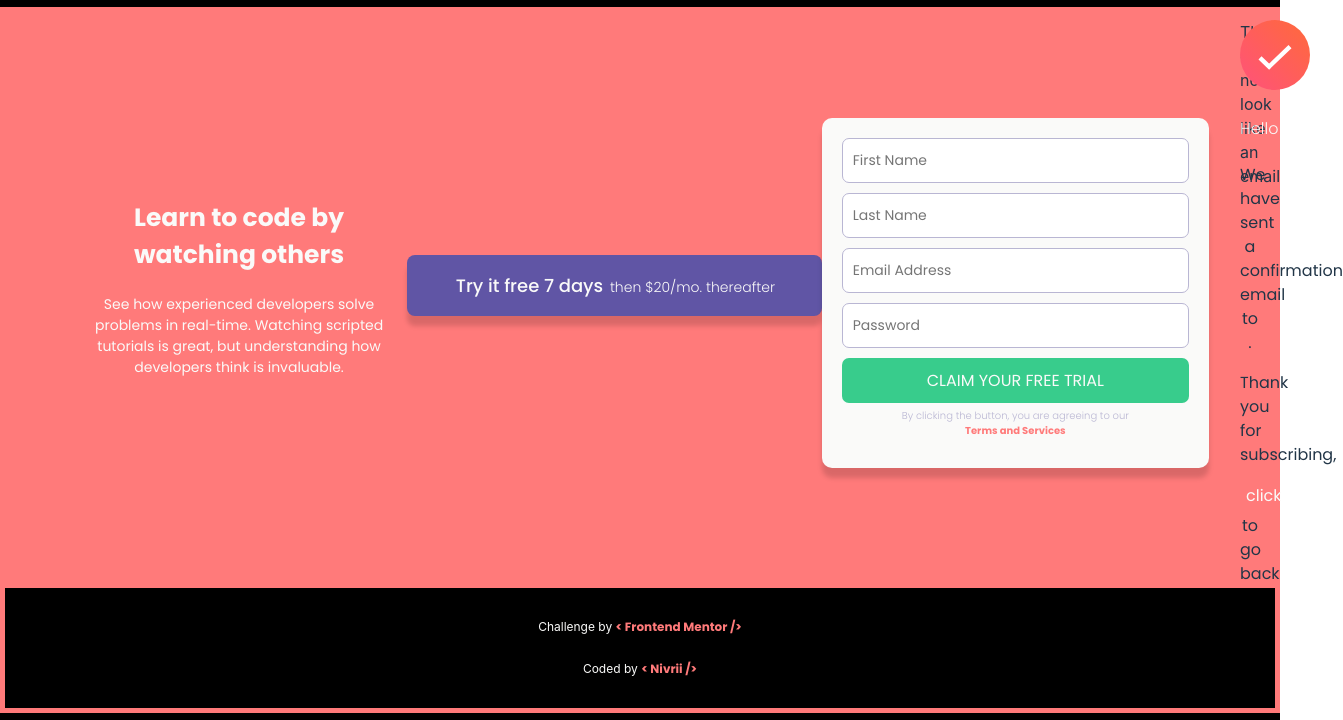
Repository: nivrii/intro-component-with-signup
Page: /
An editor plug-in stored every save of this project. The page is shown before and after the next save, followed by the edit.
The browser window is 1280 px wide. The page is 1343 px wide, then 1280 px, so the pictures cover 1343 px, including what lies to the right of the window. The pictures show the whole page.
The project was rebuilt for these pictures with package versions that can differ from the ones it lists, and the page was loaded fresh each time. Also part of the build but not shown: vite.config.js.

Above is the page before, as saved 2023-10-20 20:41:06.

### src/App.jsx
import Container from "./Container/Container";
import { Footer } from "./Footer/Footer";

import "./App.css";
import { useState } from "react";

function App() {
  const [userArray, setUserArray] = useState({});
  return (
    <div className="UI">
      <Container userArray={userArray} setUserArray={setUserArray} />
      <Footer />
    </div>
  );
}

export default App;

### src/Container/Container.jsx
/* eslint-disable react/prop-types */
import { Form } from "./Form/Form";
import { Card } from "./Card/Card";
import { Content } from "./Content/Content";

const Container = (props) => {
  const { userArray, setUserArray } = props;
  return (
    <div className="container">
      <Content />
      <Card />
      <Form userArray={userArray} setUserArray={setUserArray} />
    </div>
  );
};
export default Container;

### src/Footer/Footer.jsx
import "./Footer.css";
export function Footer() {
  const frontend = '< Frontend Mentor />';
  const coder = "< Nivrii />";
  return (
    <footer>
      <p className="attribution">
        Challenge by{" "}
        <a
          href="https://www.frontendmentor.io?ref=challenge"
          target="_blank"
          rel="noreferrer"
        >
          {frontend}
        </a>
        </p>
        <p className="attribution">
         Coded by{" "}
        <a href="https://github.com/nivrii/intro-component-with-signup">
          {coder}
        </a>
      </p>
    </footer>
  );
}

### src/App.css
* {
  box-sizing: border-box;
  border: 0;
  padding: 0;
}
:root {
  /*Primary colors*/
  --red: hsl(0, 100%, 74%);
  --green: hsl(154, 59%, 51%);
  /*Accent colors*/
  --blue: hsl(248, 32%, 49%);
  --white: #fafaf9;
  /*Neutral colors*/
  --dark-blue: hsl(249, 10%, 26%);
  --grayish-blue: hsl(246, 25%, 77%);
  /*typography*/
  --fSize: 14px;
  --w4: 400;
  --w5: 500;
  --w6: 600;
  --w7: 700;
}
@font-face {
  font-family: "Poppins-bold";
  src: url(./assets/Fonts/poppins/Poppins-Bold.otf) format("opentype");
}
@font-face {
  font-family: "Poppins-regular";
  src: url(./assets/Fonts/poppins/Poppins-Regular.otf) format("opentype");
}
@font-face {
  font-family: "Poppins-medium";
  src: url(./assets/Fonts/poppins/Poppins-Medium.otf) format("opentype");
}
@font-face {
  font-family: "Poppins-light";
  src: url(./assets/Fonts/poppins/Poppins-Light.otf) format("opentype");
}
body {
  background-color: #000;
}
.UI {
  display: flex;
  flex-direction: column;
}
.container {
  display: flex;
  flex-direction: column;
  align-items: center;
  justify-content: center;
  width: 100%;
  min-height: 80vh;
  background-color: var(--red);
  padding: 50px 20px 70px;
  margin: 0;
  border: 1px solid var(--red);
}
.close {
  display: none;
}
@media screen and (min-width: 768px) {
  .container {
    flex-direction: row;
    justify-content: space-between;
    padding: 50px 70px 70px;
  }
  .close {
    display: block;
    position: absolute;
    top: 20px;
    right: 20px;
    width: 20px;
    height: 20px;
    cursor: pointer;
  }
}

### src/Container/Form/Form.jsx
/* eslint-disable no-useless-escape */
/* eslint-disable react/prop-types */
import "./Form.css";
import Success from "./Success/Success";
import { useEffect, useState } from "react";
import errorIcon from "../../../public/images/icon-error.svg";

export function Form({ userArray, setUserArray }) {
  const [fName, setFName] = useState("");
  const [lName, setLName] = useState("");
  const [email, setEmail] = useState("");
  const [password, setPassword] = useState("");

  const [fNameEmpty, setFNameEmpty] = useState(false);
  const [lNameEmpty, setLNameEmpty] = useState(false);
  const [emailEmpty, setEmailEmpty] = useState(false);
  const [emailPass, setEmailPass] = useState(false);
  const [passEmpty, setPassEmpty] = useState(false);

  const handleFirstName = (e) => {
    e.preventDefault();
    let value = e.target.value;
    value === "" ? setFNameEmpty(true) : setFNameEmpty(false);
    setFName(value);
  };
  const handleLastName = (e) => {
    e.preventDefault();
    let value = e.target.value;
    value === "" ? setLNameEmpty(true) : setLNameEmpty(false);
    setLName(value);
  };
  const handleEmail = (e) => {
    e.preventDefault();
    let value = e.target.value.trim();
    if (value === "") {
      document.querySelector(".email-input").classList.add("input-error");
      setEmailEmpty(true);
    } else {
      setEmailEmpty(false);
    }
    const regex = /^[a-zA-Z0-9._%+-]+@[a-zA-Z0-9-]+\.[a-zA-Z]{2,6}$/;
    if (!email.match(regex)) {
      document.querySelector(".email-input").classList.add("input-error");
      document.querySelector(".miss-email").classList.remove("close");
      document.querySelector(".miss-email").classList.add("err");
      setEmailPass(false);
    } else {
      document.querySelector(".email-input").classList.remove("input-error");
      document.querySelector(".miss-email").classList.add("close");
      document.querySelector(".miss-email").classList.remove("err");
      setEmailPass(true);
    }
    setEmail(value);
  };

  const handlePassword = (e) => {
    e.preventDefault();
    let value = e.target.value;
    value === "" ? setPassEmpty(true) : setPassEmpty(false);
    setPassword(value);
  };
  const handleSubmit = (e) => {
    e.preventDefault();
    if (fName === "") {
      setFNameEmpty(true);
      document.querySelector(".fName-input").classList.add("input-error");
      return;
    }
    if (lName === "") {
      setLNameEmpty(true);
      document.querySelector(".lName-input").classList.add("input-error");
      return;
    }
    if (email === "") {
      setEmailEmpty(true);
      document.querySelector(".email-input").classList.add("input-error");
      return;
    }
    if (!emailPass) {
      document.querySelector(".email-input").classList.add("input-error");
      setEmailEmpty(false);
      return;
    }
    if (password === "") {
      setPassEmpty(true);
      document.querySelector(".password-input").classList.add("input-error");
      return;
    } else {
      setEmailPass(true);
      setUserArray({
        fName: fName,
        lName: lName,
        email: email,
      });
      setFName("");
      setEmail("");
      setLName("");
      setPassword("");
      document.querySelector("form").classList.add("close");
      document.querySelector(".card__content").classList.add("close");
      document.querySelector(".content").classList.add("close");
      document.querySelector(".success").classList.remove("close");
    }
  };
  useEffect(() => {
    console.log(userArray);
  }, [userArray]);

  return (
    <>
      <form
        action="submit"
        className="form"
        onSubmit={(e) => e.preventDefault()}
      >
        <div className="input-enclose">
          {fNameEmpty && (
            <img src={errorIcon} alt="error-icon" className="error-icon" />
          )}
          <input
            type="text"
            placeholder="First Name"
            value={fName}
            name={fName}
            className="input fName-input"
            onChange={(e) => handleFirstName(e)}
            onKeyDown={() =>
              document
                .querySelector(".fName-input")
                .classList.remove("input-error")
            }
          />
          <div className="err-enclose">
            {fNameEmpty && (
              <div className=" err err-fName">First Name Cannot Be Empty</div>
            )}
          </div>
        </div>

        <div className="input-enclose">
          {lNameEmpty && (
            <img src={errorIcon} alt="error-icon" className="error-icon" />
          )}
          <input
            type="text"
            placeholder="Last Name"
            value={lName}
            name={lName}
            className="input lName-input"
            onChange={(e) => handleLastName(e)}
            onKeyDown={() =>
              document
                .querySelector(".lName-input")
                .classList.remove("input-error")
            }
          />
          <div className="err-enclose">
            {lNameEmpty && (
              <div className=" err err-lName">Last Name Cannot Be Empty</div>
            )}
          </div>
        </div>

        <div className="input-enclose">
          {emailEmpty && (
            <img src={errorIcon} alt="error-icon" className="error-icon" />
          )}

          <input
            type="email"
            placeholder="Email Address"
            value={email}
            name={email}
            className="input email-input"
            onChange={(e) => handleEmail(e)}
            onKeyDown={() => {
              document
                .querySelector(".email-input")
                .classList.remove("input-error");
              document.querySelector(".miss-email").classList.add("close");
            }}
          />
          <div className="err-enclose">
            {emailEmpty && (
              <div className="err err-email">Email Cannot Be Empty</div>
            )}
            <div className="miss-email close">
              That does not look like an email
            </div>
          </div>
        </div>

        <div className="input-enclose">
          {passEmpty && (
            <img src={errorIcon} alt="error-icon" className="error-icon" />
          )}
          <input
            type="password"
            placeholder="Password"
            value={password}
            name={password}
            className="input password-input"
            onChange={(e) => handlePassword(e)}
            onKeyDown={() =>
              document
                .querySelector(".password-input")
                .classList.remove("input-error")
            }
          />
          <div className="err-enclose">
            {passEmpty && (
              <div className="  err err-password">Password Cannot Be Empty</div>
            )}
          </div>
        </div>

        <button type="submit" className="btn" onClick={(e) => handleSubmit(e)}>
          Claim your free trial
        </button>
        <div className="pWrap">
          <p>By clicking the button, you are agreeing to our</p>
          <p>Terms and Services</p>
        </div>
      </form>
      <Success userArray={userArray} />
    </>
  );
}

### src/Container/Card/Card.jsx
import "./Card.css";
export function Card() {
  return (
      <div className="card__content">
        <p><span>Try it free 7 days </span>
        then $20/mo. thereafter</p>
      </div>
  );
}

### src/Container/Content/Content.jsx
import "./Content.css";
export function Content() {
  return (
    <div className="content">
      <h4>Learn to code by watching others</h4>
      <p>
        See how experienced developers solve problems in real-time. Watching
        scripted tutorials is great, but understanding how developers think is
        invaluable.
      </p>
    </div>
  );
}

### src/Footer/Footer.css
@import url(../App.css);

footer {
  display: flex;
  flex-direction: column;
  align-items: center;
  justify-content: center;
  width: 100%;
  height: 18vh;
  background-color: #000;
  padding: 5px;
  border: 5px solid var(--red);
  margin-top: auto;
  & .attribution {
    color: var(--white);
    font-family: "Poppins-light" sans-serif;
    font-size: 12px;
    & a {
      color: var(--red);
      font-family: "Poppins-bold", sans-serif;
      text-decoration: none;
      &:hover {
        color: var(--white);
        text-decoration: line-through;
      }
    }
  }
}

### src/Container/Form/Form.css
@import url(../../App.css);
.close {
  display: none;
}
.form {
  display: flex;
  flex-direction: column;
  background-color: var(--white);
  width: 100%;
  margin-top: 15px;
  padding: 20px;
  gap: 10px;
  border-radius: 10px;
  box-shadow: 0 10px 5px rgba(0, 0, 0, 0.15);
  & .input,
  .btn {
    height: 45px;
    width: 100%;
    border-radius: 7px;
    font-family: "Poppins-regular", sans-serif;
    -webkit-transition: 0.5s;
    transition: 0.5s;
  }
  & .input-error {
    border: 1px solid var(--red) !important;
    color: var(--red) !important;
    outline: none;
    &:focus {
      border: 2px solid var(--red) !important;
    }
    &::placeholder {
      color: var(--red);
    }
  }
  & .input-enclose {
    display: flex;
    flex-direction: column;
    .input {
      border: 1px solid var(--grayish-blue);
      padding-left: 10px;
      font-size: var(--fSize);
    }
    & .err-enclose {
      display: flex;
      justify-content: flex-end;
      align-items: center;
      & .err {
        display: flex;
        justify-content: flex-end;
        align-items:center;
        color: var(--red);
        height: 20px;
        max-height: 80px;
        width: auto;
        right: 0;
        margin-left: calc(100% - width);
        padding: 5px;
        font-size: 10px;
        font-family: "Poppins-light", sans-serif;
        background-color: var(--white);
      }
    }
    & .error-icon {
      position: absolute;
      padding: 2px;
      right: 50px;
      width: 25px;
      height: 25px;
      margin-top: 10px;
      margin-right: 10px;
    }
  }
  & .btn {
    background-color: var(--green);
    color: var(--white);
    text-transform: uppercase;
    transition-duration: 0.3s;
    transition-timing-function: ease;
    &:hover {
      transform: scale(1.05);
    }
  }
  & .pWrap {
    padding: 10px;
    text-align: center;
    margin-top: -15px;
    & * {
      margin: 0;
      font-size: 10px;
    }
    & p:nth-child(1) {
      font-family: "Poppins-light", sans-serif;
      color: var(--grayish-blue);
    }
    & p:nth-child(2) {
      font-family: "Poppins-bold", sans-serif;
      color: var(--red);
    }
  }
}

### src/Container/Form/Success/Success.jsx
/* eslint-disable react/prop-types */
import "./Success.css";
import success from "../../../assets/images/icon-success.svg";
function Success({ userArray }) {
  const { lName, fName, email } = userArray;
  const goBack =()=>{
    document.querySelector("form").classList.remove("close");
      document.querySelector(".card__content").classList.remove("close");
      document.querySelector(".content").classList.remove("close");
      document.querySelector(".success").classList.add("close");
  }
  return (
    <div className="close success">
      <img src={success} alt="success" />
      <h4>
        Hello{" "}
        <span className="span__name">
          {fName} {lName}
        </span>
      </h4>
      <p>
        We have sent a confirmation email to{" "}
        <span className="span__email">{email}</span> .
      </p>
      <p>
        Thank you for subscribing, <button className="back" onClick={goBack}>click</button> to go back{" "}
        <br />
      </p>
    </div>
  );
}

export default Success;

### src/Container/Card/Card.css
@import url(../../App.css);

.card__content{
    width: 100%;
    background-color: var(--blue);
    border-radius: 8px;
    padding: 15px 40px;
    margin: 20px 0;
    box-shadow: 0 10px 5px rgba(0, 0, 0, 0.15);
    & *{
        color: var(--white);
        text-align: center;
        margin: 2px;
    }& span{
        font-size: 18px;
        font-family: 'Poppins-medium', sans-serif;
    }
    & p{
        font-family: 'Poppins-light', sans-serif;
        font-size: var(--fSize);

    }
}

### src/Container/Content/Content.css
@import url(../../App.css);

.content {
  & * {
    color: var(--white);
    text-align: center;
  }
  & h4 {
    font-size: 25px;
    margin: 20px;
    font-family: 'Poppins-bold', sans-serif;
  }
  & p {
    font-size: var(--fSize);
    font-family: 'Poppins-regular', sans-serif;
  }
}

### src/Container/Form/Success/Success.css
@import url(../../../App.css);

.success{
    display: flex;
    flex-direction: column;
    align-items: center;
    & img{
        height: 70px;
        width: 70px;
    }
    & h4{
        color:var(--white);
        font-family: 'Poppins-light', sans-serif;
        & .span__name{
            font-family: 'Poppins-bold', sans-serif;
            text-transform: uppercase;
        }
    }
    & p{
        text-align: center;
        font-family: 'Poppins-regular', sans-serif;
        font-size: 16px;
        & button{
            padding: 5px;
            border-radius: 3px;
            background-color: transparent;
            color:var(--white);
            font-size: 16px;
            margin-top: 10px;
            &:hover{
                background-color:var(--green);
                color:var(--white);
            }
        }
        & .span__email{
            text-decoration: underline;
            font-family: 'Poppins-bold', sans-serif;
        }
    }
}

Loaded but not shown: index.html (common file); src/main.jsx (common file); src/index.css (common file)

After the next save:
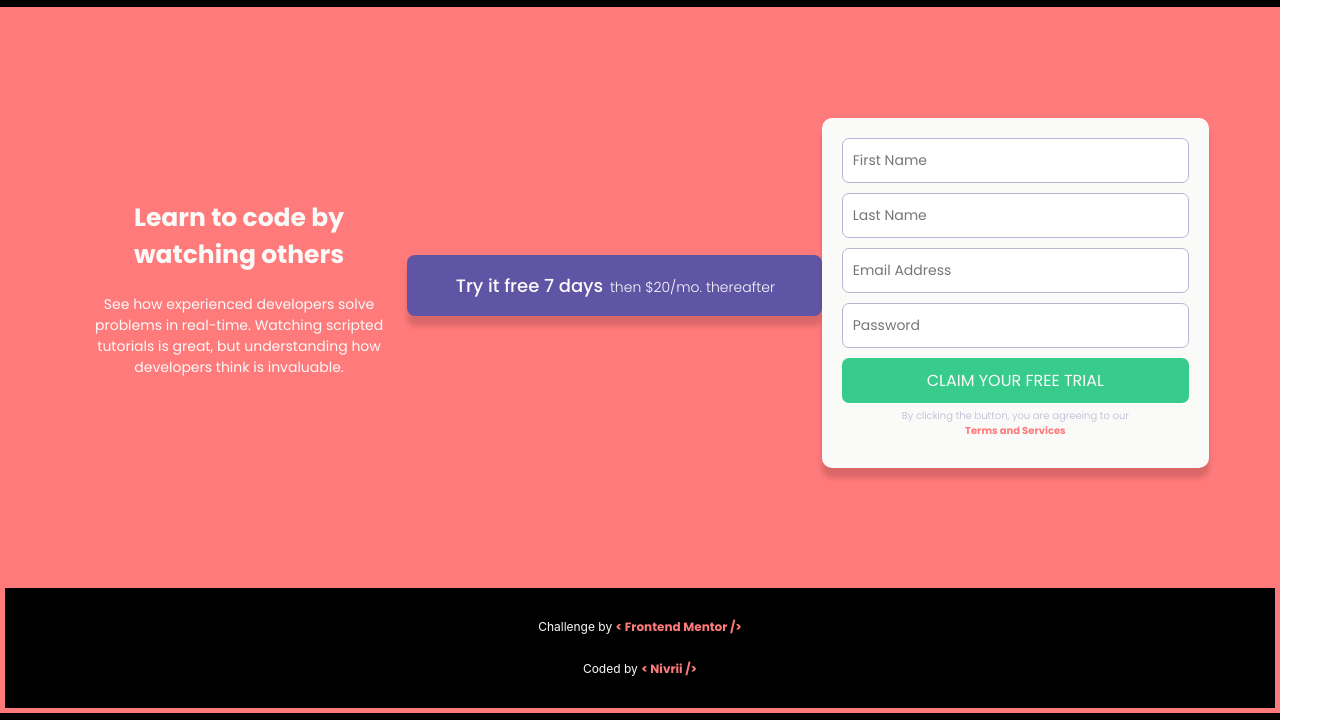
Saved 46 s later.
--- a/src/App.css
+++ b/src/App.css
@@ -64,13 +64,4 @@ body {
     justify-content: space-between;
     padding: 50px 70px 70px;
   }
-  .close {
-    display: block;
-    position: absolute;
-    top: 20px;
-    right: 20px;
-    width: 20px;
-    height: 20px;
-    cursor: pointer;
-  }
 }
